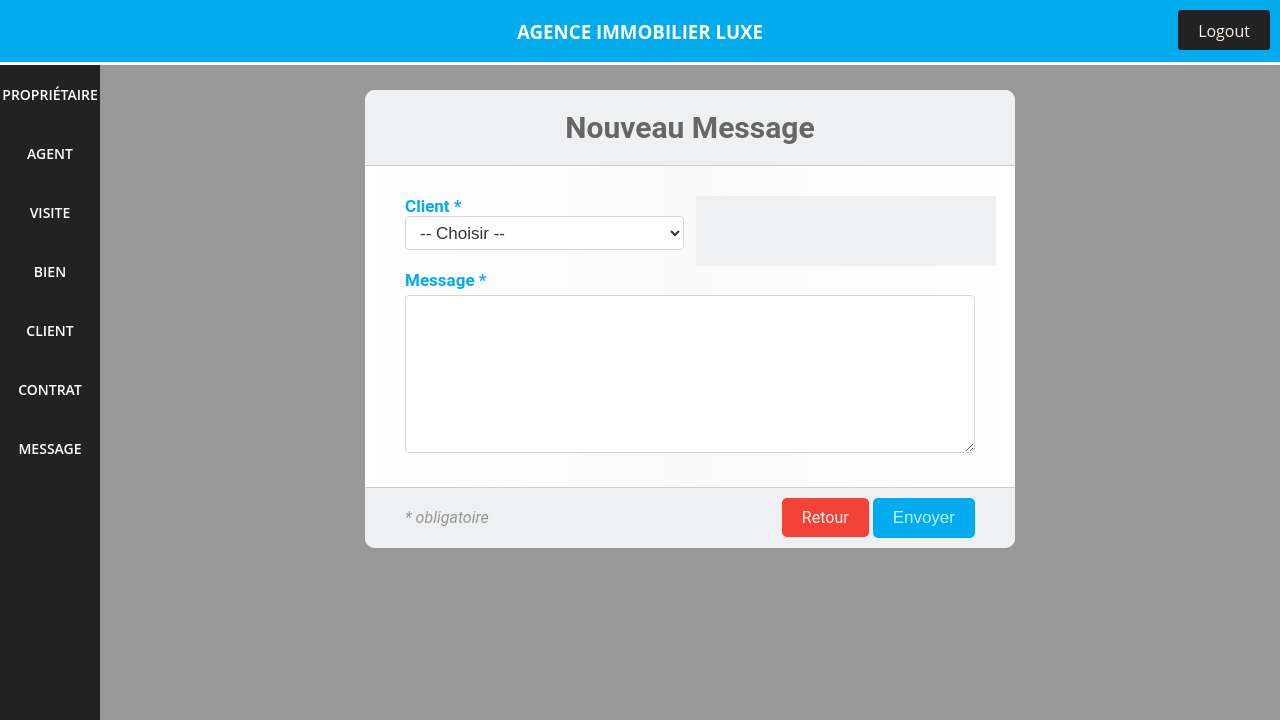
Repository: hassen-mnejja/Real_Estate_Agency_Website
Page: http://localhost/backoffice/WEB-INF/messageecrire.jsp
The author's editor kept a copy of each file at every save. The page is drawn from the files as they stood at one save, then again after the next save.
The browser window is 1280 px wide. The pictures show the whole page.
Some icons come from a web library that is not loaded, so they are not drawn. The page is served by Tomcat 9. Nobody is signed in. The template is opened directly, without the code that normally fills it, so the values that code supplies are empty.

Above is the page before, as saved 2020-06-24 10:50:44.

After the next save:
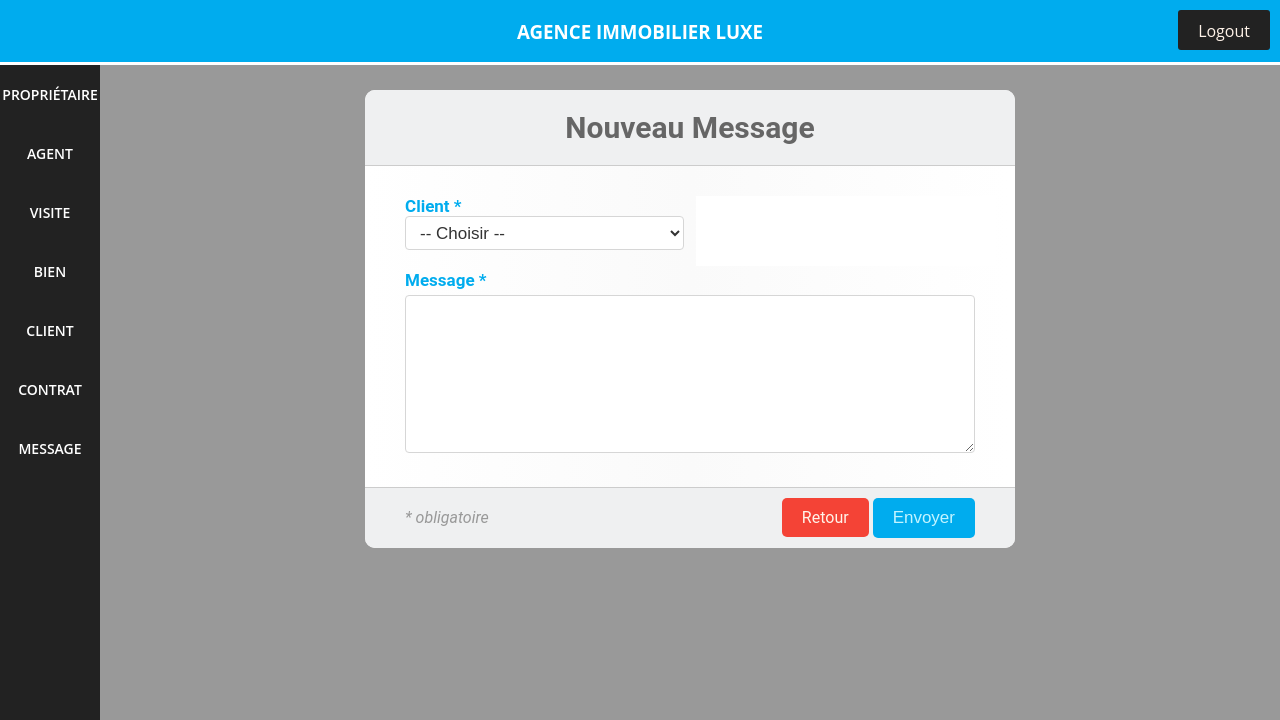
Saved 49 s later.
--- a/backoffice/WebContent/WEB-INF/messageecrire.jsp
+++ b/backoffice/WebContent/WEB-INF/messageecrire.jsp
@@ -53,7 +53,7 @@
 					</div>
 					<div class="form-group right">
 						<svg style="width:400px; height:75px">
- 							 <rect width="300" height="70" style="fill:#EFF0F1" />
+ 							 <rect style="width:300px; height:70px;fill:white" />
 						</svg>
 					</div>
 				</div>

After the 2 saves that followed:
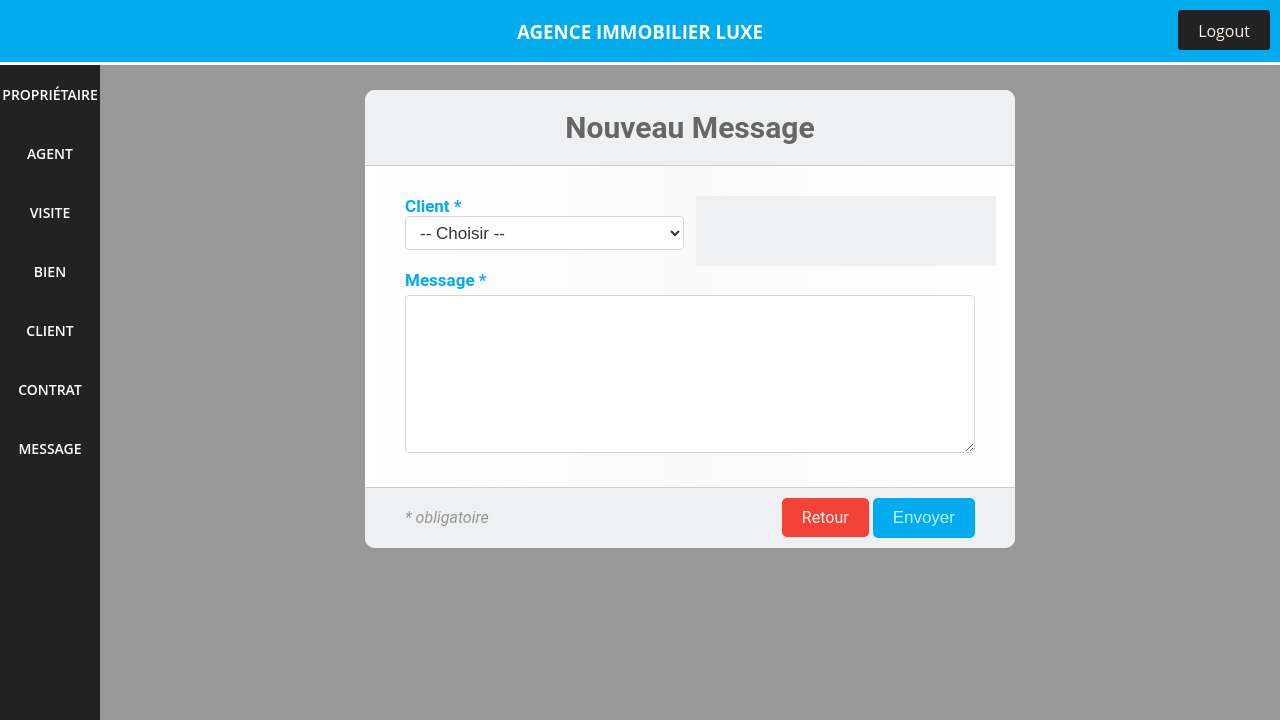
The 2 saves are shown as one change because 1 left the picture as it was.
The last was saved 54 s later.
--- a/backoffice/WebContent/WEB-INF/messageecrire.jsp
+++ b/backoffice/WebContent/WEB-INF/messageecrire.jsp
@@ -53,7 +53,7 @@
 					</div>
 					<div class="form-group right">
 						<svg style="width:400px; height:75px">
- 							 <rect style="width:300px; height:70px;fill:white" />
+ 							 <rect width="300" height="70" style="fill:#EFF0F1" />
 						</svg>
 					</div>
 				</div>
